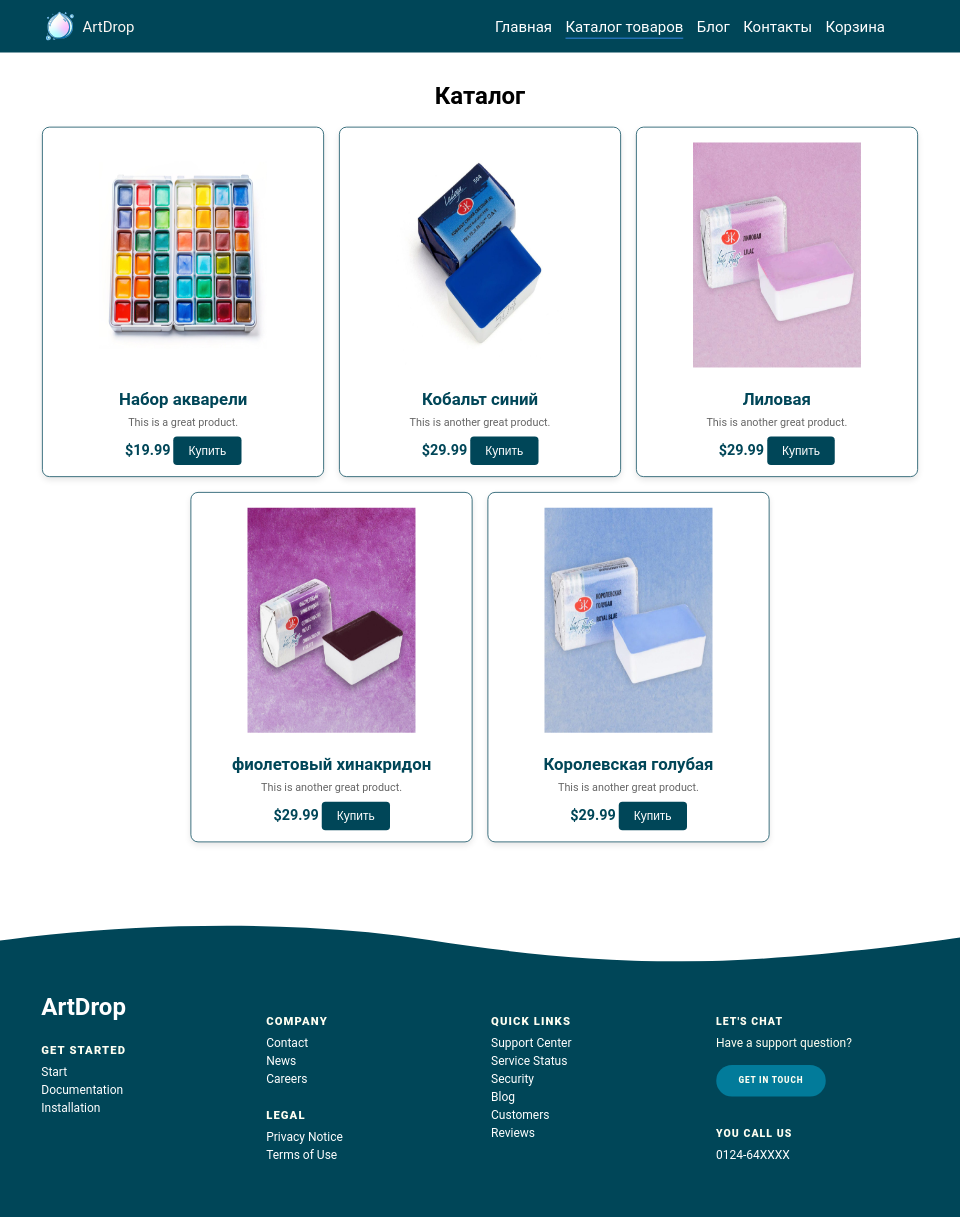
Repository: mnats725/art-drop
Page: catalog.html
An editor plug-in stored every save of this project. The page is shown before and after a run of saves, followed by the edit.
The browser window is 1280 px wide. The pictures show the whole page, at 75% of full size.

Above is the page before, as saved 2024-05-21 13:32:33.
Console error: TypeError: Cannot read properties of null (reading 'querySelectorAll')

### catalog.html
<!DOCTYPE html>
<html lang="en">
<head>
    <meta charset="UTF-8">
    <meta http-equiv="X-UA-Compatible" content="IE=edge">
    <meta name="viewport" content="width=device-width, initial-scale=1.0">
    <title>ArtDrop</title>
    <link rel="stylesheet" href="../css/style.css">
    <link rel="stylesheet" href="./css/catalog.css">
    <link href="https://fonts.googleapis.com/css2?family=Montserrat:wght@400;700&display=swap" rel="stylesheet">
</head>
<body>
    <div class="wrapper">
        <header class="header">
            <!-- Шапка -->
            <div class="logo">
                <a href="index.html">
                    <img src="./assets/img/logo.svg" alt="ArtDrop Logo">
                    <span>ArtDrop</span>
                </a>
            </div>
            <!-- Меню сайта -->
            <nav class="nav">
              <ul>
                  <li><a href="index.html">Главная</a></li>
                  <li class="active"><a href="catalog.html">Каталог товаров</a></li>
                  <li><a href="blog.html">Блог</a></li>
                  <li><a href="contacts.html">Контакты</a></li>
                  <li><a href="cart.html">Корзина</a></li>
              </ul>
          </nav>


            <!-- Иконка бургерменю -->
            <div class="burger">
                <span></span>
            </div>
        </header>
    </div>

    <div class="catalog-content-title"><h1>Каталог</h1></div>

    <div class="catalog-content">
      <div class="product-card">
          <img src="./assets/img/catalog/1.jpg" alt="Набор акварел" class="product-image">
          <div class="product-info">
              <h3 class="product-title">Набор акварели</h3>
              <p class="product-description">This is a great product.</p>
              <span class="product-price">$19.99</span>
              <button class="buy-button">Купить</button>
          </div>
      </div>
      <div class="product-card">
          <img src="./assets/img/catalog/2.jpg" alt="Кобальт синий<" class="product-image">
          <div class="product-info">
              <h3 class="product-title">Кобальт синий</h3>
              <p class="product-description">This is another great product.</p>
              <span class="product-price">$29.99</span>
              <button class="buy-button">Купить</button>
          </div>
      </div>
      <div class="product-card">
        <img src="./assets/img/catalog/3.jpg" alt="Лиловая" class="product-image">
        <div class="product-info">
            <h3 class="product-title">Лиловая</h3>
            <p class="product-description">This is another great product.</p>
            <span class="product-price">$29.99</span>
            <button class="buy-button">Купить</button>
        </div>
    </div>
    <div class="product-card">
      <img src="./assets/img/catalog/4.jpg" alt="фиолетовый хинакридон<" class="product-image">
      <div class="product-info">
          <h3 class="product-title">фиолетовый хинакридон</h3>
          <p class="product-description">This is another great product.</p>
          <span class="product-price">$29.99</span>
          <button class="buy-button">Купить</button>
      </div>
  </div>
  <div class="product-card">
    <img src="./assets/img/catalog/5.jpg" alt="фиолетовый хинакридон<" class="product-image">
    <div class="product-info">
        <h3 class="product-title">Королевская голубая</h3>
        <p class="product-description">This is another great product.</p>
        <span class="product-price">$29.99</span>
        <button class="buy-button">Купить</button>
    </div>
</div>
      <!-- Добавьте больше карточек по мере необходимости -->
  </div>

    <div class="pg-footer">
        <footer class="footer">
          <svg class="footer-wave-svg" xmlns="http://www.w3.org/2000/svg" viewBox="0 0 1200 100" preserveAspectRatio="none">
            <path class="footer-wave-path" d="M851.8,100c125,0,288.3-45,348.2-64V0H0v44c3.7-1,7.3-1.9,11-2.9C80.7,22,151.7,10.8,223.5,6.3C276.7,2.9,330,4,383,9.8 c52.2,5.7,103.3,16.2,153.4,32.8C623.9,71.3,726.8,100,851.8,100z"></path>
          </svg>
          <div class="footer-content">
            <div class="footer-content-column">
              <div class="footer-logo">
                <a class="footer-logo-link" href="#">
                  <span class="hidden-link-text">ArtDrop</span>
                  <h1>ArtDrop</h1>
                </a>
              </div>
              <div class="footer-menu">
                <h2 class="footer-menu-name"> Get Started</h2>
                <ul id="menu-get-started" class="footer-menu-list">
                  <li class="menu-item menu-item-type-post_type menu-item-object-product">
                    <a href="#">Start</a>
                  </li>
                  <li class="menu-item menu-item-type-post_type menu-item-object-product">
                    <a href="#">Documentation</a>
                  </li>
                  <li class="menu-item menu-item-type-post_type menu-item-object-product">
                    <a href="#">Installation</a>
                  </li>
                </ul>
              </div>
            </div>
            <div class="footer-content-column">
              <div class="footer-menu">
                <h2 class="footer-menu-name"> Company</h2>
                <ul id="menu-company" class="footer-menu-list">
                  <li class="menu-item menu-item-type-post_type menu-item-object-page">
                    <a href="#">Contact</a>
                  </li>
                  <li class="menu-item menu-item-type-taxonomy menu-item-object-category">
                    <a href="#">News</a>
                  </li>
                  <li class="menu-item menu-item-type-post_type menu-item-object-page">
                    <a href="#">Careers</a>
                  </li>
                </ul>
              </div>
              <div class="footer-menu">
                <h2 class="footer-menu-name"> Legal</h2>
                <ul id="menu-legal" class="footer-menu-list">
                  <li class="menu-item menu-item-type-post_type menu-item-object-page menu-item-privacy-policy menu-item-170434">
                    <a href="#">Privacy Notice</a>
                  </li>
                  <li class="menu-item menu-item-type-post_type menu-item-object-page">
                    <a href="#">Terms of Use</a>
                  </li>
                </ul>
              </div>
            </div>
            <div class="footer-content-column">
              <div class="footer-menu">
                <h2 class="footer-menu-name"> Quick Links</h2>
                <ul id="menu-quick-links" class="footer-menu-list">
                  <li class="menu-item menu-item-type-custom menu-item-object-custom">
                    <a target="_blank" rel="noopener noreferrer" href="#">Support Center</a>
                  </li>
                  <li class="menu-item menu-item-type-custom menu-item-object-custom">
                    <a target="_blank" rel="noopener noreferrer" href="#">Service Status</a>
                  </li>
                  <li class="menu-item menu-item-type-post_type menu-item-object-page">
                    <a href="#">Security</a>
                  </li>
                  <li class="menu-item menu-item-type-post_type menu-item-object-page">
                    <a href="#">Blog</a>
                  </li>
                  <li class="menu-item menu-item-type-post_type_archive menu-item-object-customer">
                    <a href="#">Customers</a></li>
                  <li class="menu-item menu-item-type-post_type menu-item-object-page">
                    <a href="#">Reviews</a>
                  </li>
                </ul>
              </div>
            </div>
            <div class="footer-content-column">
              <div class="footer-call-to-action">
                <h2 class="footer-call-to-action-title"> Let's Chat</h2>
                <p class="footer-call-to-action-description"> Have a support question?</p>
                <a class="footer-call-to-action-button button" href="#" target="_self"> Get in Touch </a>
              </div>
              <div class="footer-call-to-action">
                <h2 class="footer-call-to-action-title"> You Call Us</h2>
                <p class="footer-call-to-action-link-wrapper"> <a class="footer-call-to-action-link" href="tel:0124-64XXXX" target="_self"> 0124-64XXXX </a></p>
              </div>
            </div>
        </footer>
      </div>
    <script>
        document.querySelector('.burger').addEventListener('click', function() {
            this.classList.toggle('active');
            document.querySelector('.nav').classList.toggle('open');
        })
        document.addEventListener("DOMContentLoaded", function () {
        let carousel = document.querySelector(".carousel");
       let items = carousel.querySelectorAll(".item");
        let dotsContainer = document.querySelector(".dots");

       // Insert dots into the DOM
       items.forEach((_, index) => {
      let dot = document.createElement("span");
      dot.classList.add("dot");
      if (index === 0) dot.classList.add("active");
      dot.dataset.index = index;
    dotsContainer.appendChild(dot);
  });

  let dots = document.querySelectorAll(".dot");

  // Function to show a specific item
  function showItem(index) {
    items.forEach((item, idx) => {
      item.classList.remove("active");
      dots[idx].classList.remove("active");
      if (idx === index) {
        item.classList.add("active");
        dots[idx].classList.add("active");
      }
    });
  }

  // Event listeners for buttons
  document.querySelector(".prev").addEventListener("click", () => {
    let index = [...items].findIndex((item) =>
      item.classList.contains("active")
    );
    showItem((index - 1 + items.length) % items.length);
  });

  document.querySelector(".next").addEventListener("click", () => {
    let index = [...items].findIndex((item) =>
      item.classList.contains("active")
    );
    showItem((index + 1) % items.length);
  });

  // Event listeners for dots
  dots.forEach((dot) => {
    dot.addEventListener("click", () => {
      let index = parseInt(dot.dataset.index);
      showItem(index);
    });
  });
});

    </script>
</body>
</html>

### css/style.css
html, body {
    height: 100%;
    width: 100%;
    margin: 0;
    padding: 0;
}

body {
    display: flex;
    flex-direction: column;
    font-family: 'Roboto', sans-serif;
}

*{
    padding: 0;
    margin: 0;
    box-sizing: border-box;
}

.wrapper{
    flex-grow: 1;
}

.open{
    display: flex !important;
}

.header {
    display: flex;
    align-items: center;
    justify-content: space-between;
    min-height: 70px;
    background-color: #004658;
    color: #FAF6F2;
    padding: 0 60px;
    font-size: 20px;
}

.logo a {
    display: flex;
    align-items: center;
    text-decoration: none; /* Убираем подчеркивание ссылки */
    color: inherit; /* Наследуем цвет текста от родительского элемента */
}

.logo img {
    width: 40px; /* Укажите желаемую ширину для логотипа */
    height: auto;
    margin-right: 10px; /* Добавим небольшое расстояние между логотипом и текстом */
}

.nav {
    display: flex;
    width: 600px;
    padding: 0 40px;
}

.nav ul {
    width: 100%;
    list-style: none;
    display: flex;
    justify-content: space-between;
}

.nav ul li {
    position: relative; /* Добавим позиционирование для создания эффекта */
    cursor: pointer; /* Указатель при наведении для обозначения активного элемента */
    transition: color 0.3s ease; /* Анимация при наведении */
}

.nav ul li::after {
    content: '';
    position: absolute;
    bottom: -5px;
    left: 0;
    width: 0; /* Начальное значение нулевой ширины */
    height: 2px;
    background-color: #2271B3; /* Цвет линии */
    transition: width 0.3s ease; /* Анимация изменения ширины */
}

.nav ul li:hover::after {
    width: 100%; /* Увеличиваем ширину линии при наведении */
}

.nav ul li:hover,
.nav ul li.active { /* Изменение цвета текста при наведении и активном состоянии */
    color: #2271B3; /* Цвет текста при наведении и активном состоянии */
}

.nav ul li.active::after {
    content: '';
    position: absolute;
    bottom: -5px;
    left: 0;
    width: 100%;
    height: 2px;
    background-color: #2271B3; /* Цвет подчеркивания активного элемента */
}

* {
    margin: 0;
    padding: 0;
  }
  a {
    color: #fff;
    text-decoration: none;
  }



  .footer {
    margin-top: 100px;
      background-color: #004658;
      color: #fff;

  }
  .footer-wave-svg {
      background-color: transparent;
      display: block;
      height: 30px;
      position: relative;
      top: -1px;
      width: 100%;
  }
  .footer-wave-path {
      fill: white;
  }

  .footer-content {
      margin-left: auto;
      margin-right: auto;
      max-width: 1230px;

      padding: 40px 15px 815px;
      position: relative;
  }

  .footer-content-column {
      box-sizing: border-box;
      float: left;
      padding-left: 15px;
      padding-right: 15px;
      width: 100%;
      color: #fff;
  }

  .footer-content-column ul li a {
    color: #fff;
    text-decoration: none;
  }

  .footer-logo-link {
      display: inline-block;
  }
  .footer-menu {
      margin-top: 30px;
  }

  .footer-menu-name {
      color: #fffff2;
      font-size: 15px;
      font-weight: 900;
      letter-spacing: .1em;
      line-height: 18px;
      margin-bottom: 0;
      margin-top: 0;
      text-transform: uppercase;
  }
  .footer-menu-list {
      list-style: none;
      margin-bottom: 0;
      margin-top: 10px;
      padding-left: 0;
  }
  .footer-menu-list li {
      margin-top: 5px;
  }

  .footer-call-to-action-description {
      color: #fffff2;
      margin-top: 10px;
      margin-bottom: 20px;
  }
  .footer-call-to-action-button:hover {
      background-color: #fffff2;
      color: #00bef0;
  }
  .button:last-of-type {
      margin-right: 0;
  }
  .footer-call-to-action-button {
      background-color: #027b9a;
      border-radius: 21px;
      color: #fffff2;
      display: inline-block;
      font-size: 11px;
      font-weight: 900;
      letter-spacing: .1em;
      line-height: 18px;
      padding: 12px 30px;
      margin: 0 10px 10px 0;
      text-decoration: none;
      text-transform: uppercase;
      transition: background-color .2s;
      cursor: pointer;
      position: relative;
  }
  .footer-call-to-action {
      margin-top: 30px;
  }
  .footer-call-to-action-title {
      color: #fffff2;
      font-size: 14px;
      font-weight: 900;
      letter-spacing: .1em;
      line-height: 18px;
      margin-bottom: 0;
      margin-top: 0;
      text-transform: uppercase;
  }
  .footer-call-to-action-link-wrapper {
      margin-bottom: 0;
      margin-top: 10px;
      color: #fff;
      text-decoration: none;
  }
  .footer-call-to-action-link-wrapper a {
      color: #fff;
      text-decoration: none;
  }





  .footer-social-links {
      bottom: 0;
      height: 54px;
      position: absolute;
      right: 0;
      width: 236px;
  }

  .footer-social-amoeba-svg {
      height: 54px;
      left: 0;
      display: block;
      position: absolute;
      top: 0;
      width: 236px;
  }

  .footer-social-amoeba-path {
      fill: #027b9a;
  }

  .footer-social-link.linkedin {
      height: 26px;
      left: 3px;
      top: 11px;
      width: 26px;
  }

  .footer-social-link {
      display: block;
      padding: 10px;
      position: absolute;
  }

  .hidden-link-text {
      position: absolute;
      clip: rect(1px 1px 1px 1px);
      clip: rect(1px,1px,1px,1px);
      -webkit-clip-path: inset(0px 0px 99.9% 99.9%);
      clip-path: inset(0px 0px 99.9% 99.9%);
      overflow: hidden;
      height: 1px;
      width: 1px;
      padding: 0;
      border: 0;
      top: 50%;
  }

  .footer-social-icon-svg {
      display: block;
  }

  .footer-social-icon-path {
      fill: #fffff2;
      transition: fill .2s;
  }

  .footer-social-link.twitter {
      height: 28px;
      left: 62px;
      top: 3px;
      width: 28px;
  }

  .footer-social-link.youtube {
      height: 24px;
      left: 123px;
      top: 12px;
      width: 24px;
  }

  .footer-social-link.github {
      height: 34px;
      left: 172px;
      top: 7px;
      width: 34px;
  }


  /* Media Query For different screens */
  @media (min-width:320px) and (max-width:479px)  { /* smartphones, portrait iPhone, portrait 480x320 phones (Android) */
    .footer-content {
      margin-left: auto;
      margin-right: auto;
      max-width: 1230px;
      padding: 40px 15px 1050px;
      position: relative;
    }
  }
  @media (min-width:480px) and (max-width:599px)  { /* smartphones, Android phones, landscape iPhone */
    .footer-content {
      margin-left: auto;
      margin-right: auto;
      max-width: 1230px;
      padding: 40px 15px 1050px;
      position: relative;
    }
  }
  @media (min-width:600px) and (max-width: 800px)  { /* portrait tablets, portrait iPad, e-readers (Nook/Kindle), landscape 800x480 phones (Android) */
    .footer-content {
      margin-left: auto;
      margin-right: auto;
      max-width: 1230px;
      padding: 40px 15px 1050px;
      position: relative;
    }
  }
  @media (min-width:801px)  { /* tablet, landscape iPad, lo-res laptops ands desktops */

  }
  @media (min-width:1025px) { /* big landscape tablets, laptops, and desktops */

  }
  @media (min-width:1281px) { /* hi-res laptops and desktops */

  }




  @media (min-width: 760px) {
    .footer-content {
        margin-left: auto;
        margin-right: auto;
        max-width: 1230px;
        padding: 40px 15px 300px;
        position: relative;
    }

    .footer-wave-svg {
        height: 50px;
    }

    .footer-content-column {
        width: 24.99%;
    }
  }
  @media (min-width: 568px) {
    /* .footer-content-column {
        width: 49.99%;
    } */
  }


.burger{
    display: none;
    position: relative;
    z-index: 50;
    align-items: center;
    justify-content: flex-end;
    width: 30px;
    height: 18px;
}

.burger span{
    height: 2px;
    width: 80%;
    transform: scale(1);
    background-color: #FAF6F2;
}

.burger::before, .burger::after{
    content: '';
    position: absolute;
    height: 2px;
    width: 100%;
    background-color: #FAF6F2;
    transition: all 0.3s ease 0s;
}

.burger::before { top: 0 }

.burger::after { bottom: 0 }


/* Добавляем класс active для анимации иконки бургера */
.burger.active span { transform: scale(0) }

.burger.active::before{
    top: 50%;
    transform: rotate(-45deg) translate(0, -50%);
}

.burger.active::after{
    bottom: 50%;
    transform: rotate(45deg) translate(0, 50%);
}


/* При разрешении экрана 900px и ниже, выводим на экран иконку бургера */
@media (max-width: 900px) {

    .burger { display: flex }

    .nav{
        display: none;
        flex-direction: column;
        position: fixed;
        height: 100%;
        width: 100%;
        top: 0; bottom: 0; left: 0; right: 0;
        z-index: 50;
        overflow-y: auto;
        padding: 50px 40px;
        background-color: #388ae7;
        animation: burgerAnimation 0.4s;
    }

    .nav ul{
        flex-direction: column;
        row-gap: 30px;
    }


}

@keyframes burgerAnimation {
    from {opacity: 0}
    to {opacity: 1}
}

### css/catalog.css
.catalog-content-title {
  text-align: center;
  padding-top: 3%;
  margin: 0 auto;
}

.catalog-content {
  margin-top: 1%;
  display: flex;
  flex-wrap: wrap;
  gap: 20px;
  justify-content: center;
  padding: 10px;
}

.product-card {
  background-color: #ffffff;
  border: 1px solid #004658;
  border-radius: 10px;
  box-shadow: 0 4px 8px rgba(0, 0, 0, 0.1);
  overflow: hidden;
  width: calc(33% - 40px); /* Ширина карточек с учетом отступов */
  text-align: center;
  transition: transform 0.3s ease;
  box-sizing: border-box; /* Учитывает padding и border в общей ширине */
}

.product-card:hover {
  transform: scale(1.01);
}

.product-image {
  margin-top: 20PX;
  width: 60%;
  height: 300px;
}

.product-info {
  padding: 15px;
}

.product-title {
  font-size: 1.4em;
  color: #004658;
  margin: 10px 0;
}

.product-description {
  font-size: 0.9em;
  color: #666;
  margin: 10px 0;
}

.product-price {
  font-size: 1.2em;
  color: #004658;
  font-weight: bold;
}

.buy-button {
  background-color: #004658;
  color: #ffffff;
  border: none;
  padding: 10px 20px;
  border-radius: 5px;
  cursor: pointer;
  font-size: 1em;
  transition: background-color 0.3s ease;
}

.buy-button:hover {
  background-color: #003244;
}

/* Адаптивность */
@media (max-width: 1200px) {
  .product-card {
      width: calc(50% - 30px); /* Ширина карточек при средней ширине экрана */
  }
}

@media (max-width: 768px) {
  .product-card {
      width: calc(100% - 20px); /* Ширина карточек при узкой ширине экрана */
  }
}

After the next 2 saves:
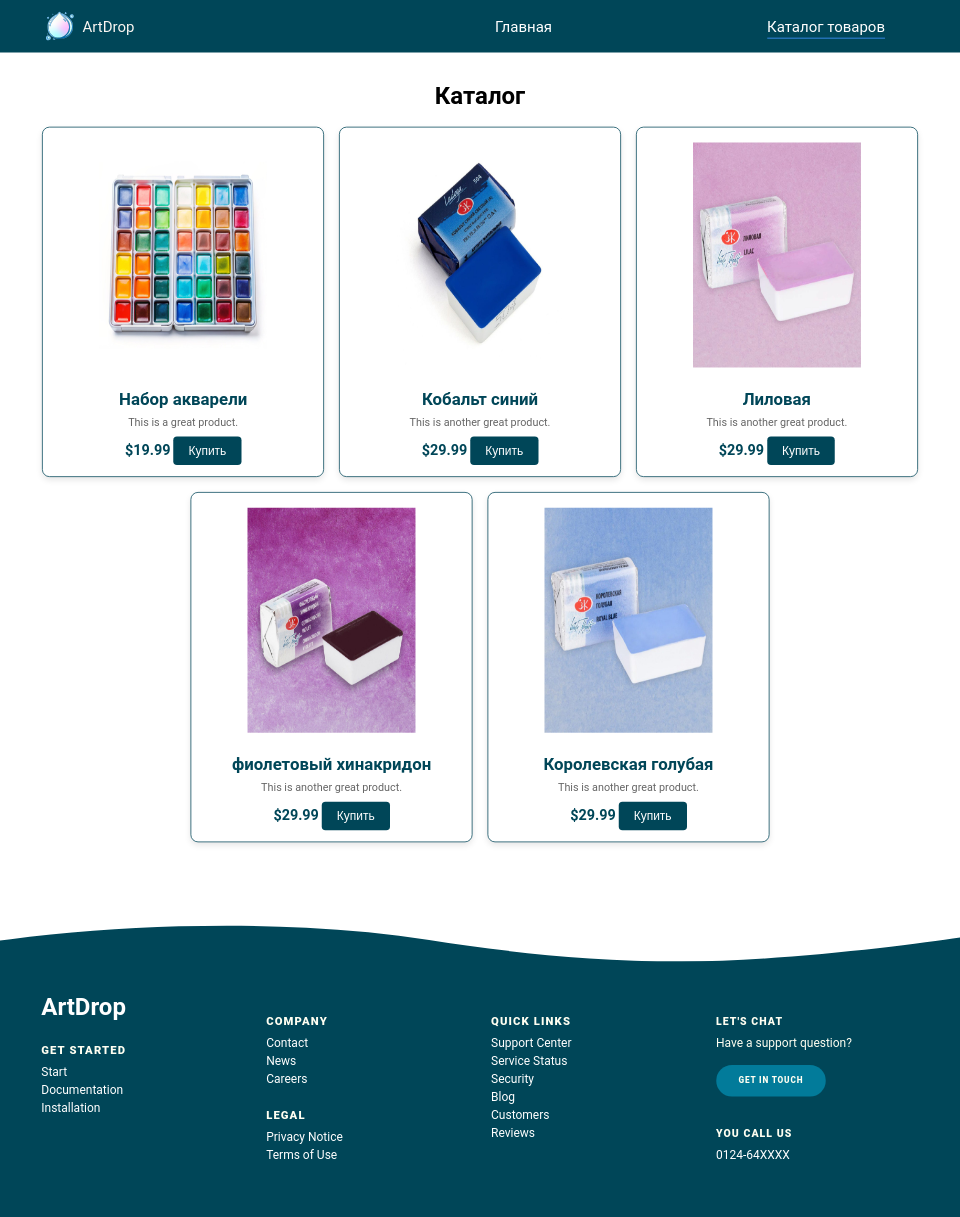
The 2 saves are shown as one change because they came seconds apart.
The last was saved 43 s later.
--- a/catalog.html
+++ b/catalog.html
@@ -24,9 +24,6 @@
               <ul>
                   <li><a href="index.html">Главная</a></li>
                   <li class="active"><a href="catalog.html">Каталог товаров</a></li>
-                  <li><a href="blog.html">Блог</a></li>
-                  <li><a href="contacts.html">Контакты</a></li>
-                  <li><a href="cart.html">Корзина</a></li>
               </ul>
           </nav>
 
